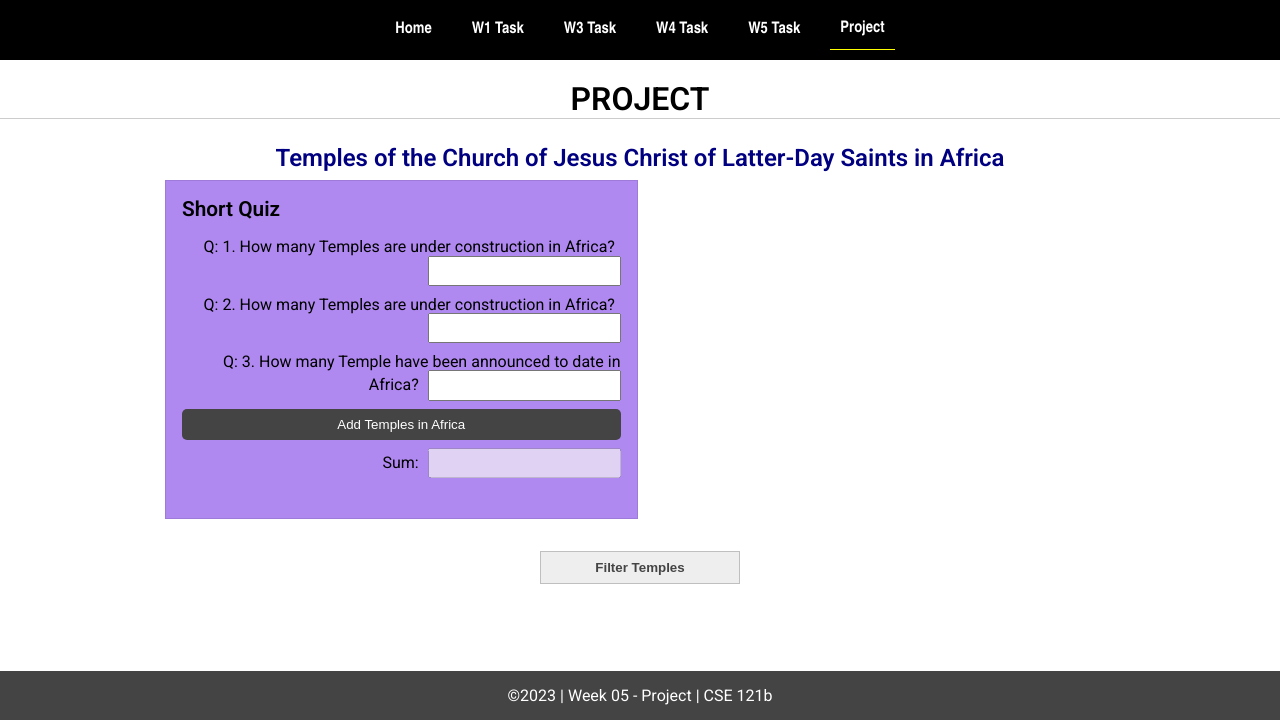
Repository: mszakutumela/cse121b
Page: Project/project.html
An editor plug-in stored every save of this project. The page is shown before and after a run of saves, followed by the edit.
The browser window is 1280 px wide. The pictures show the whole page.

Above is the page before, as saved 2023-10-24 15:11:29.

After the next 2 saves:
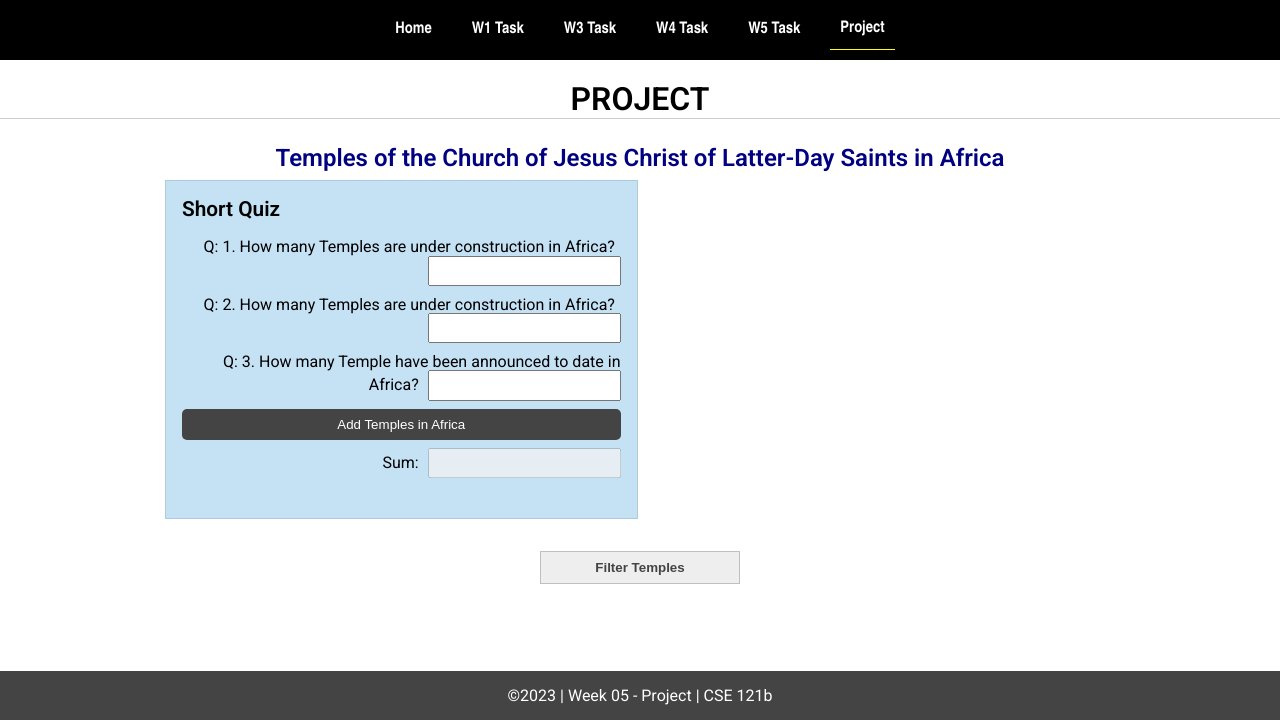
The 2 saves are shown as one change because they came seconds apart.
The last was saved 16 s later.
--- a/Project/styles/main.css
+++ b/Project/styles/main.css
@@ -210,7 +210,7 @@
 
 
 #section1 {
-    background-color: rgba(99, 20, 226, 0.5);
+    background-color: rgba(139, 195, 233, 0.5);
 }
 
 #section2 {
